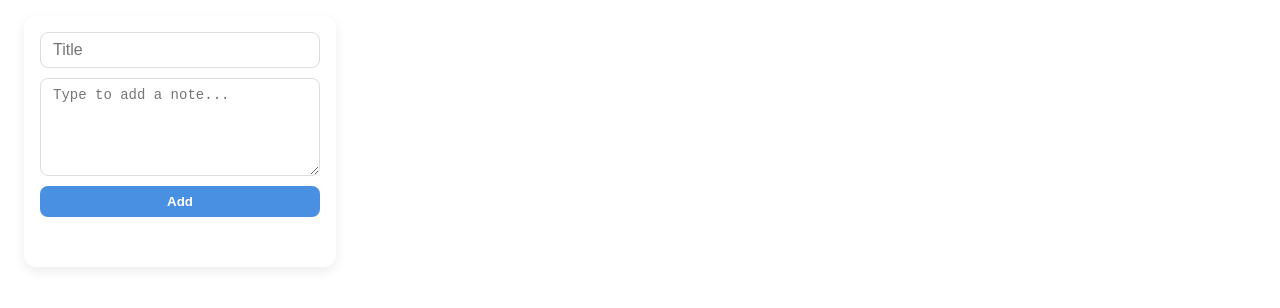
Repository: AJANI2005/Notes-App
Page: /
These files come from the project's save history. The page is drawn as it stood at one moment and after the next save; the edit follows.
The browser window is 1280 px wide. The pictures show the whole page.
The project was rebuilt for these pictures with package versions that can differ from the ones it lists, and the page was loaded fresh each time. Also part of the build but not shown: vite.config.ts, src/style/dialogbox.css, src/DialogBox.tsx.

Above is the page before, as saved 2025-07-31 18:09:21.

After the next save:
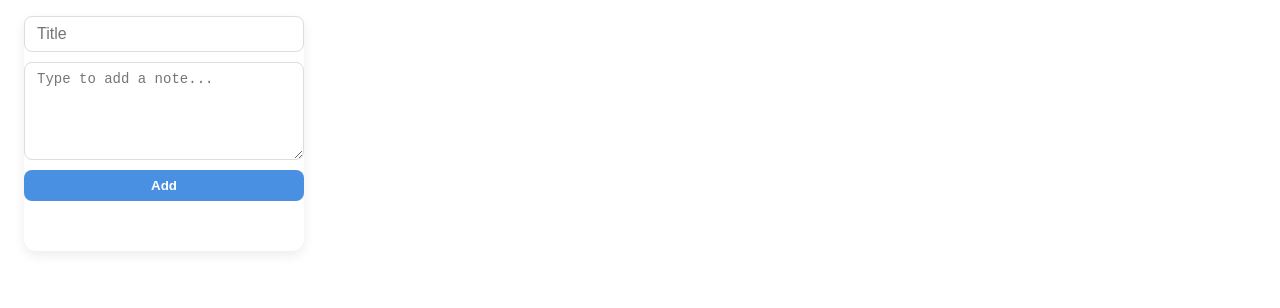
Saved 43 s later.
--- a/src/style/note.css
+++ b/src/style/note.css
@@ -3,7 +3,6 @@
   display: flex;
   flex-direction: column;
   gap: 10px;
-  padding: 16px;
   padding-bottom: 50px; /* Extra space for deleteBtn */
   width: 280px;
   background-color: #ffffff;

After the save that followed:
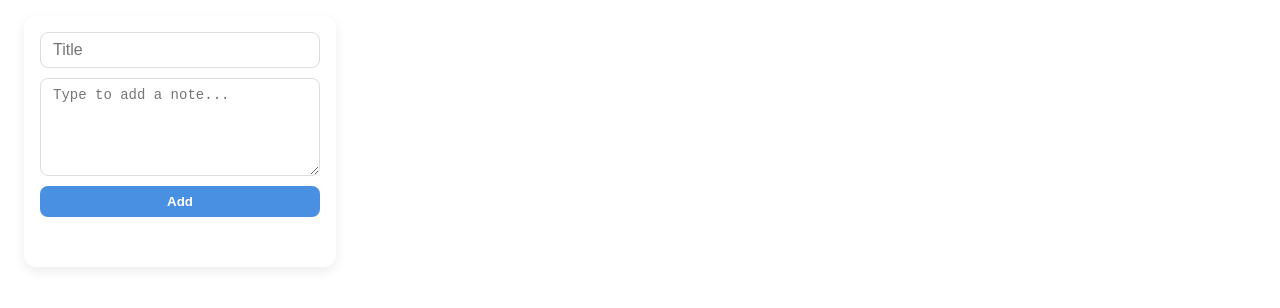
Saved 4 s later.
--- a/src/style/note.css
+++ b/src/style/note.css
@@ -3,6 +3,7 @@
   display: flex;
   flex-direction: column;
   gap: 10px;
+  padding: 16px;
   padding-bottom: 50px; /* Extra space for deleteBtn */
   width: 280px;
   background-color: #ffffff;
